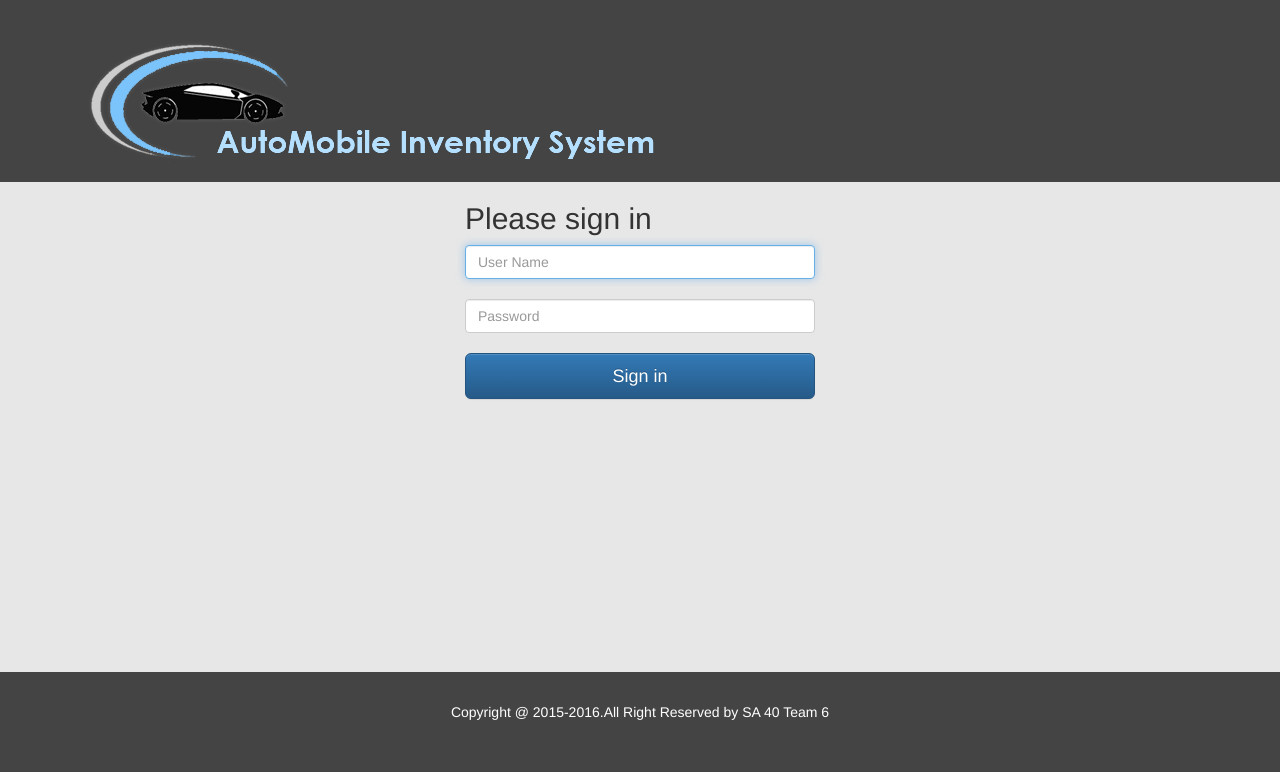
Repository: JiorMajor/InventorySystemWorkspace
Page: http://localhost/InventoryWebSA40Team6/
An editor plug-in stored every save of this project. The page is shown before and after the next save, followed by the edit.
The browser window is 1280 px wide. The pictures show the whole page.
The page is served by Tomcat 9. The template is opened directly, without the code that normally fills it, so the values that code supplies are empty.

Above is the page before, as saved 2015-06-12 17:37:38.

After the next save:
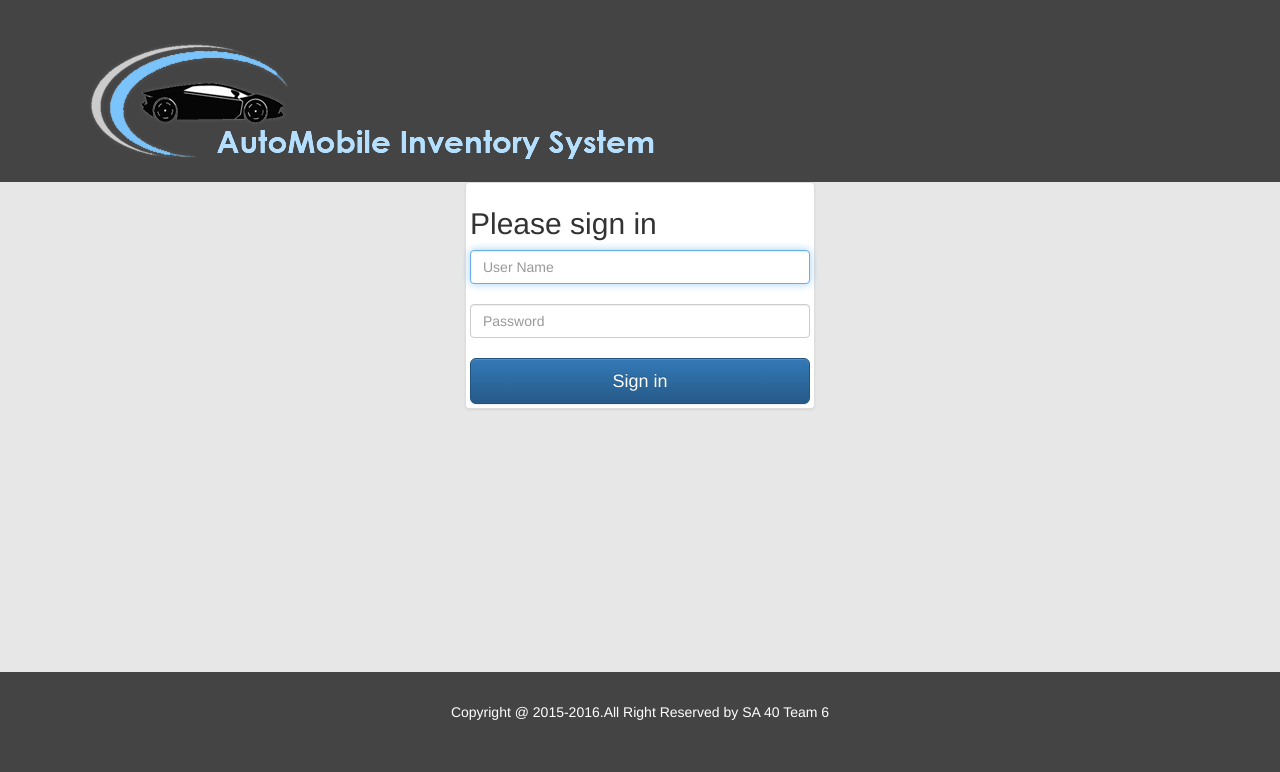
Saved 2 min 14 s later.
--- a/InventoryWebSA40Team6/WebContent/index.jsp
+++ b/InventoryWebSA40Team6/WebContent/index.jsp
@@ -33,6 +33,7 @@
 	  <div class="container">
 	  <div class="col-md-4"></div>
 	  <div class="col-md-4">
+	  <div class="thumbnail">
       <form class="form-signin" action="/InventoryWebSA40Team6/ValidateLogin" method=post>
         <h2 class="form-signin-heading">Please sign in</h2>
 		<c:if test="${flag==\"false\"}">
@@ -50,6 +51,7 @@
       <div class="col-md-4"></div>
       </div>
       </div>
+      </div>
     </div> <!-- /container -->
 
 		<div class="footer">
